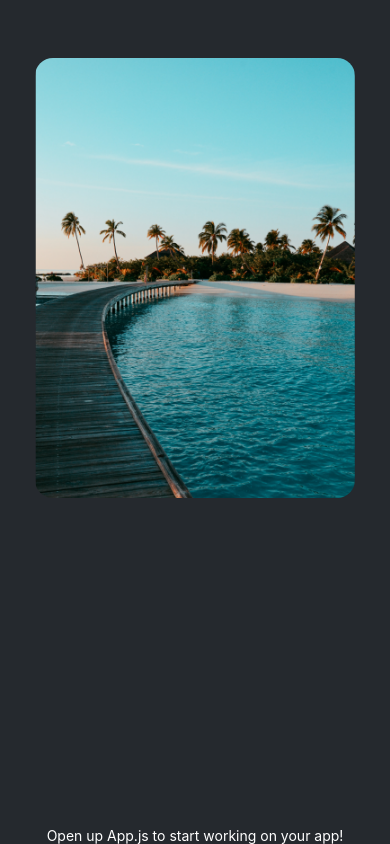
Repository: grlgmrs/StickerSmash
Screen: /
An editor plug-in stored every save of this project. The screen is shown before and after a run of saves, followed by the edit.
The app was drawn by React Native's web renderer in a window 390 px wide. The project was rebuilt for these pictures with package versions that can differ from the ones it lists, and the page was loaded fresh each time.

Above is the screen before, as saved 2023-01-27 15:31:15.

After the next 2 saves:
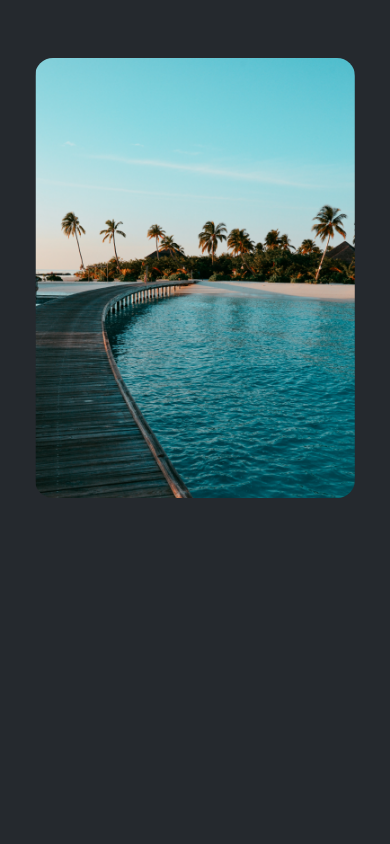
The 2 saves are shown as one change because they came seconds apart.
The last was saved 12 s later.
--- a/App.js
+++ b/App.js
@@ -1,5 +1,5 @@
 import { StatusBar } from "expo-status-bar";
-import { Image, StyleSheet, Text, View } from "react-native";
+import { Image, StyleSheet, View } from "react-native";
 
 const placeholderImage = require("./assets/images/background-image.png");
 
@@ -9,9 +9,6 @@ export default function App() {
       <View style={styles.imageContainer}>
         <Image source={placeholderImage} style={styles.image} />
       </View>
-      <Text style={{ color: "#fff" }}>
-        Open up App.js to start working on your app!
-      </Text>
       <StatusBar style="auto" />
     </View>
   );
